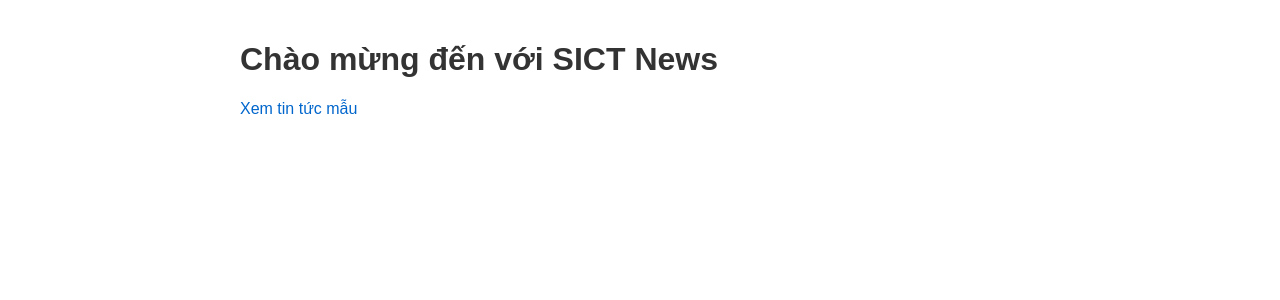
Repository: Bui-Minh-Hieu/javaaaaa
Page: http://localhost/SICTWeb/
The author's editor kept a copy of each file at every save. The page is drawn from the files as they stood at one save, then again after the next save.
The browser window is 1280 px wide. The pictures show the whole page.
The page is served by Tomcat 9. Nobody is signed in. The application's start-up code is not run. Other server files are loaded and not shown.

Above is the page before, as saved 2025-05-09 01:16:29.

### SICTWeb/src/main/webapp/index.jsp
<%@ page language="java" contentType="text/html; charset=UTF-8" pageEncoding="UTF-8"%>
<!DOCTYPE html>
<html>
<head>
    <meta charset="UTF-8">
    <title>SICT News</title>
    <link rel="stylesheet" href="styles.css">
</head>
<body>
    <h1>Chào mừng đến với SICT News</h1>
    <a href="news?id=5">Xem tin tức mẫu</a>
</body>
</html>

### SICTWeb/src/main/webapp/styles.css
body {
    font-family: Arial, sans-serif;
    max-width: 800px;
    margin: 0 auto;
    padding: 20px;
}
h1 {
    color: #333;
}
a {
    color: #0066cc;
    text-decoration: none;
}
a:hover {
    text-decoration: underline;
}
.error {
    color: red;
}
.summary {
    font-style: italic;
    color: #555;
    margin-bottom: 20px;
}
.content {
    line-height: 1.6;
}
.date {
    color: #777;
    font-size: 0.9em;
}

After the next save:
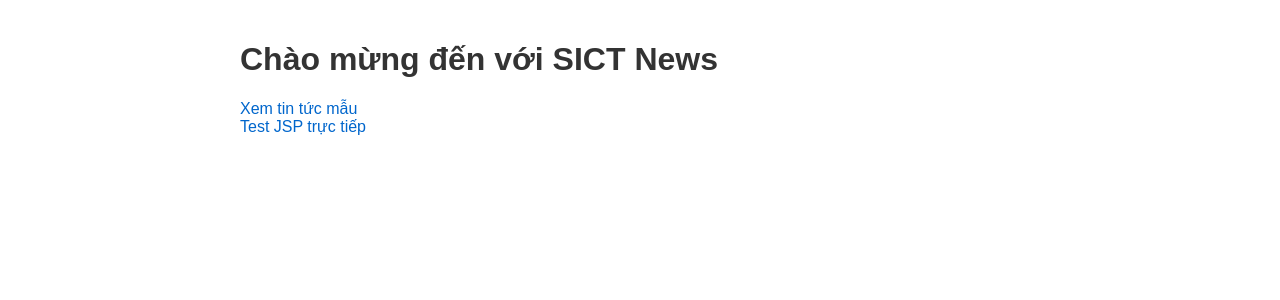
Saved 3 min 0 s later.
--- a/SICTWeb/src/main/webapp/index.jsp
+++ b/SICTWeb/src/main/webapp/index.jsp
@@ -9,5 +9,7 @@
 <body>
     <h1>Chào mừng đến với SICT News</h1>
     <a href="news?id=5">Xem tin tức mẫu</a>
+    <br>
+    <a href="test.jsp">Test JSP trực tiếp</a>
 </body>
 </html>
